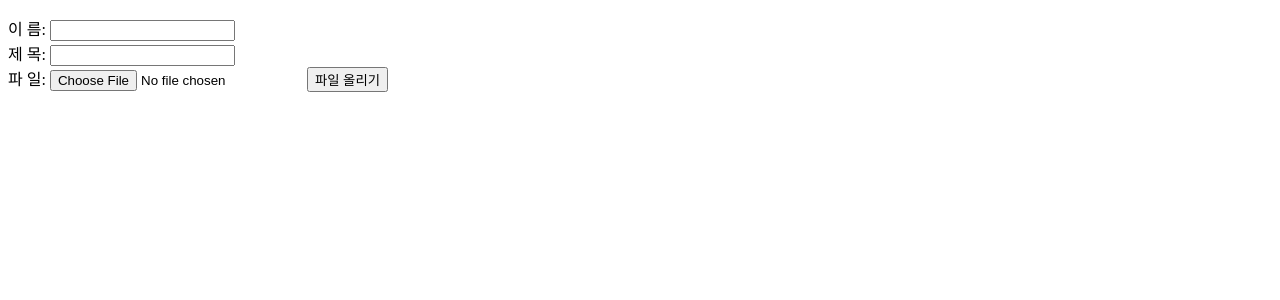
Repository: SJM7301/KH-JSP
Page: http://localhost/JSPBook/ch07/fileupload01.jsp
An editor plug-in stored every save of this project. The page is shown before and after the next save, followed by the edit.
The browser window is 1280 px wide. The pictures show the whole page.
The page is served by Tomcat 10.

Above is the page before, as saved 2025-02-05 08:19:00.

After the next save:
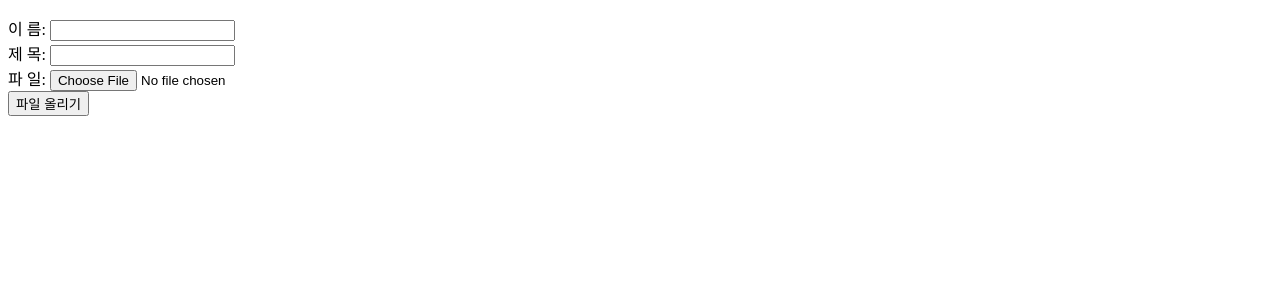
Saved 2 min 46 s later.
--- a/JSPBook/src/main/webapp/ch07/fileupload01.jsp
+++ b/JSPBook/src/main/webapp/ch07/fileupload01.jsp
@@ -11,7 +11,7 @@
 		<p>
 			이 름: <input type="text" name="name"><br>
 			제 목: <input type="text" name="subject"><br>
-			파 일: <input type="file" name="filename">
+			파 일: <input type="file" name="filename"><br>
 
 			<input type="submit" value="파일 올리기">
 		</p>
